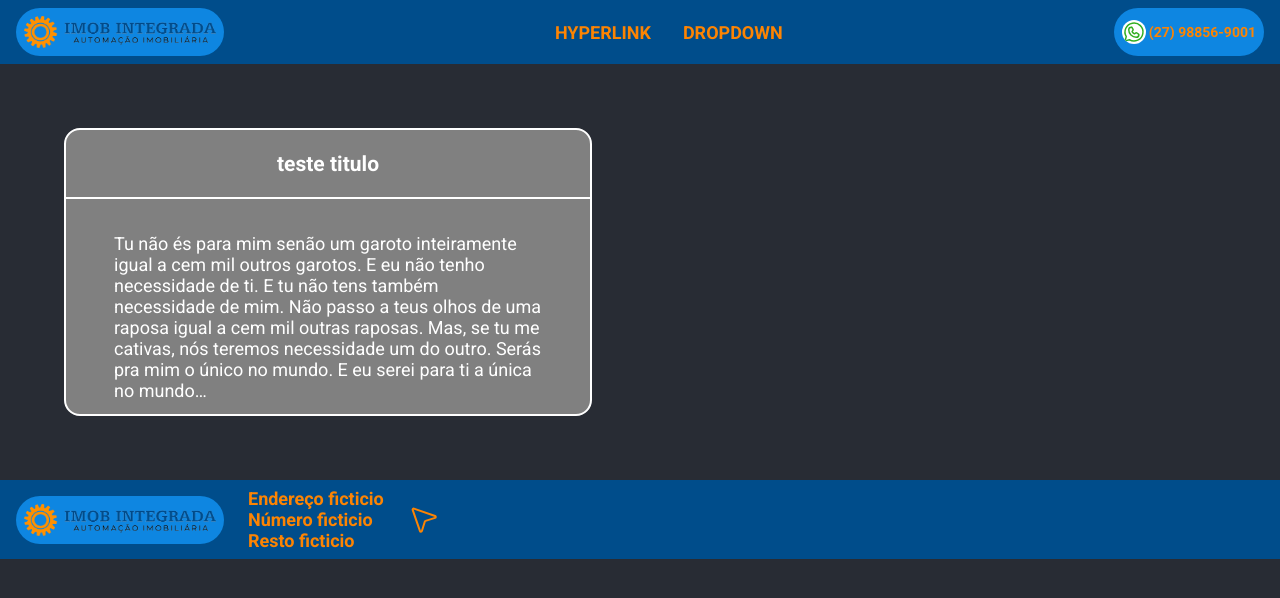
Repository: K0slov/testeAPI
Page: /
These files come from the project's save history. The page is drawn as it stood at one moment and after the next save; the edit follows.
The browser window is 1280 px wide. The pictures show the whole page.
The project was rebuilt for these pictures with package versions that can differ from the ones it lists, and the page was loaded fresh each time. Also part of the build but not shown: vite.config.ts.

Above is the page before, as saved 2022-06-27 18:46:16.

After the next save:
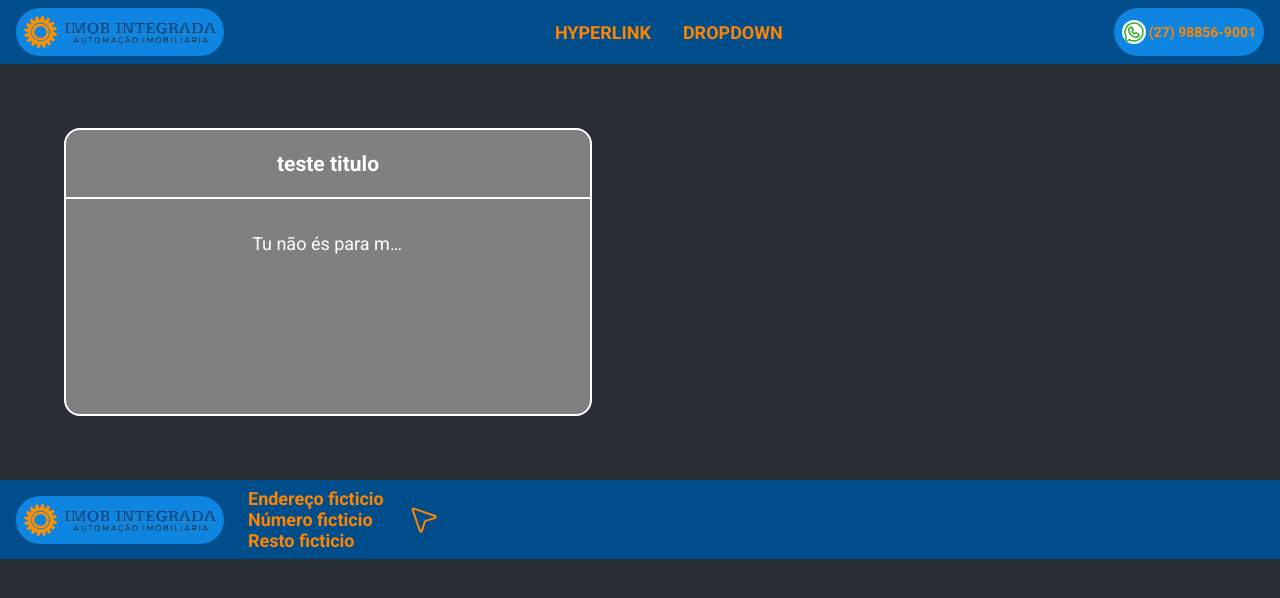
Saved 99 s later.
--- a/src/components/Card/style.modeule.css
+++ b/src/components/Card/style.modeule.css
@@ -14,13 +14,13 @@
 .titulo {
     border-bottom: 2px solid;
     border-color: white;
-    display: flex;
-    width: 100%;
-    height: auto;
-    box-sizing: border-box;
-    align-items: center;
-    justify-content: center;
-}
+        display: flex;
+        width: 100%;
+        height: auto;
+        box-sizing: border-box;
+        align-items: center;
+        justify-content: center;
+    }
 .conteudo {
     padding: 1rem 3rem;
     display: flex;
@@ -30,3 +30,9 @@
     align-items: center;
     justify-content: center;
 }
+p {
+    max-width: 15ch;
+    overflow: hidden;
+    text-overflow: ellipsis;
+    white-space: nowrap;
+  }
